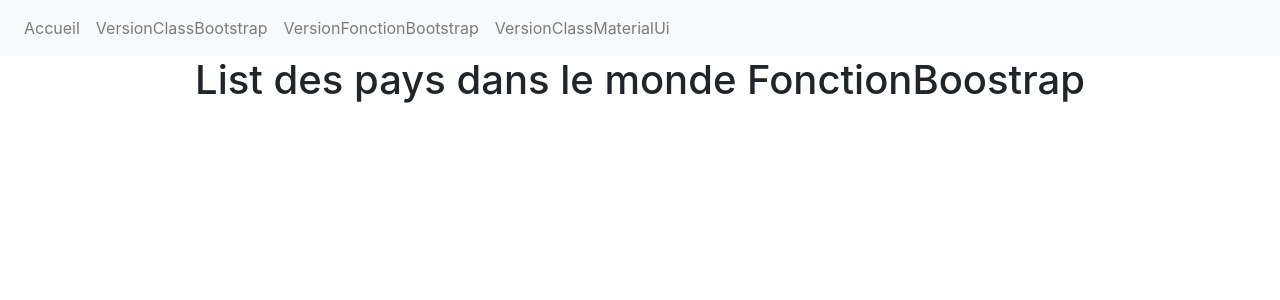
Repository: LudovicB21/CountryTest
Page: /VersionFonctionBoostrap
These files come from the project's save history. The page is drawn as it stood at one moment and after the next save; the edit follows.
The browser window is 1280 px wide. The pictures show the whole page.
The page's requests for data from a server got no answer. The project was rebuilt for these pictures with package versions that can differ from the ones it lists, and the page was loaded fresh each time. No one was signed in, and anything a server would have sent is missing. Also part of the build but not shown: src/components/VersionClassBootstrap/ListPays.components.js, src/components/VersionClassMaterialUi/ListPays.components.js, src/components/Accueil.js, src/components/VersionClassBootstrap/InfoPays.components.js, src/components/VersionClassMaterialUi/InfoPays.components.js, src/components/VersionFonctionBoostrap/InfoPays.components.js.

Above is the page before, as saved 2020-10-29 10:20:11.

After the next save:
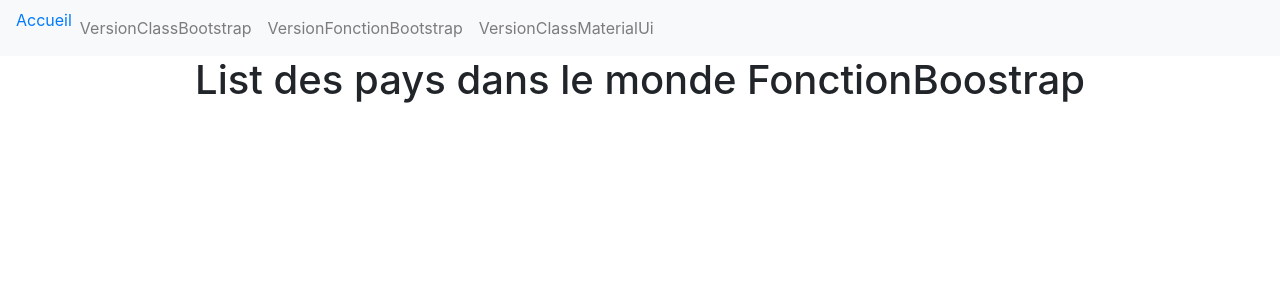
Saved 27 s later.
--- a/src/components/Navigation.js
+++ b/src/components/Navigation.js
@@ -12,7 +12,7 @@
                 <ul className="navbar-nav">
                     <Link to="/">
                         <li className="nav-item">
-                            <a className="nav-link">Accueil</a>
+                            Accueil
                         </li>
                     </Link>
                     <Link to="/VersionClassBootstrap">

After the save that followed:
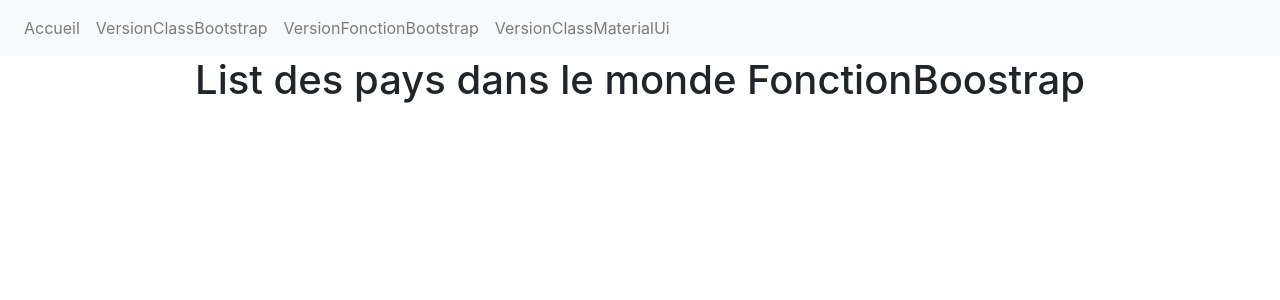
Saved 7 s later.
--- a/src/components/Navigation.js
+++ b/src/components/Navigation.js
@@ -12,7 +12,7 @@
                 <ul className="navbar-nav">
                     <Link to="/">
                         <li className="nav-item">
-                            Accueil
+                            <a className="nav-link">Accueil</a>
                         </li>
                     </Link>
                     <Link to="/VersionClassBootstrap">
